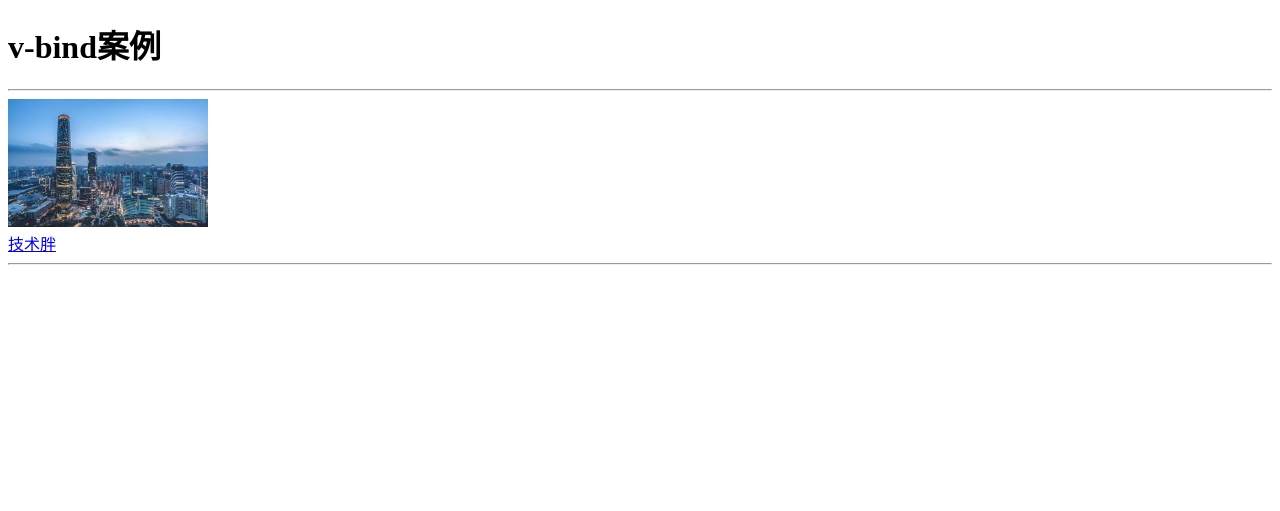
Repository: 13982720426/vue2.0-LearningNotes
Page: example/v-bind.html
An editor plug-in stored every save of this project. The page is shown before and after the next save, followed by the edit.
The browser window is 1280 px wide. The pictures show the whole page.

Above is the page before, as saved 2021-06-24 13:41:38.

### example/v-bind.html
<!DOCTYPE html>
<html lang="en">
  <head>
    <meta charset="UTF-8" />
    <meta http-equiv="X-UA-Compatible" content="IE=edge" />
    <meta name="viewport" content="width=device-width, initial-scale=1.0" />
    <title>v-bind案例</title>
    <script type="text/javascript" src="../assets/js/vue.js"></script>
  </head>
  <body>
    <h1>v-bind案例</h1>
    <hr />
    <div id="app">
      <img v-bind:src="imgSrc" width="200px" />
      <br />
      <a :href="jspang" target="_blank">技术胖</a>
      <hr />
    </div>
    <style>
      .classA {
        color: red;
      }
      .classB {
        font-size: 150%;
      }
    </style>
    <script type="text/javascript">
      var app = new Vue({
        el: '#app',
        data: {
          imgSrc: './1.jpeg',
          jspang: 'http://jspang.com',
        },
        className: 'classA',
        isOk: false,
        classA: 'classA',
        classB: 'classB',
        red: 'red',
        font: '30px',
        styleObject: {
          fontSize: '24px',
          color: 'green',
        },
      });
    </script>
  </body>
</html>

Loaded but not shown: assets/js/vue.js (library)

After the next save:
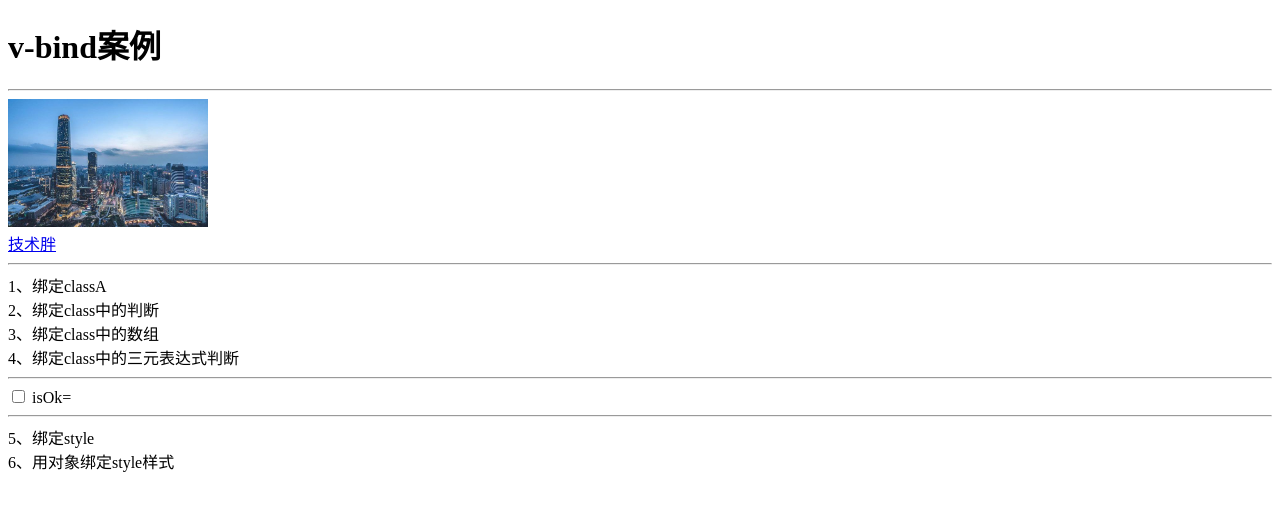
Saved 13 s later.
--- a/example/v-bind.html
+++ b/example/v-bind.html
@@ -15,6 +15,16 @@
       <br />
       <a :href="jspang" target="_blank">技术胖</a>
       <hr />
+      <div :class="className">1、绑定classA</div>
+      <div :class="{classA:isOk}">2、绑定class中的判断</div>
+      <div :class="[classA,classB]">3、绑定class中的数组</div>
+      <div :class="isOk?classA:classB">4、绑定class中的三元表达式判断</div>
+      <hr />
+      <input type="checkbox" id="isTrue" v-model="isOk" />
+      <label for="isTrue">isOk={{isOk}}</label>
+      <hr />
+      <div :style="{color:red,fontSize:font}">5、绑定style</div>
+      <div :style="styleObject">6、用对象绑定style样式</div>
     </div>
     <style>
       .classA {

After the 2 saves that followed:
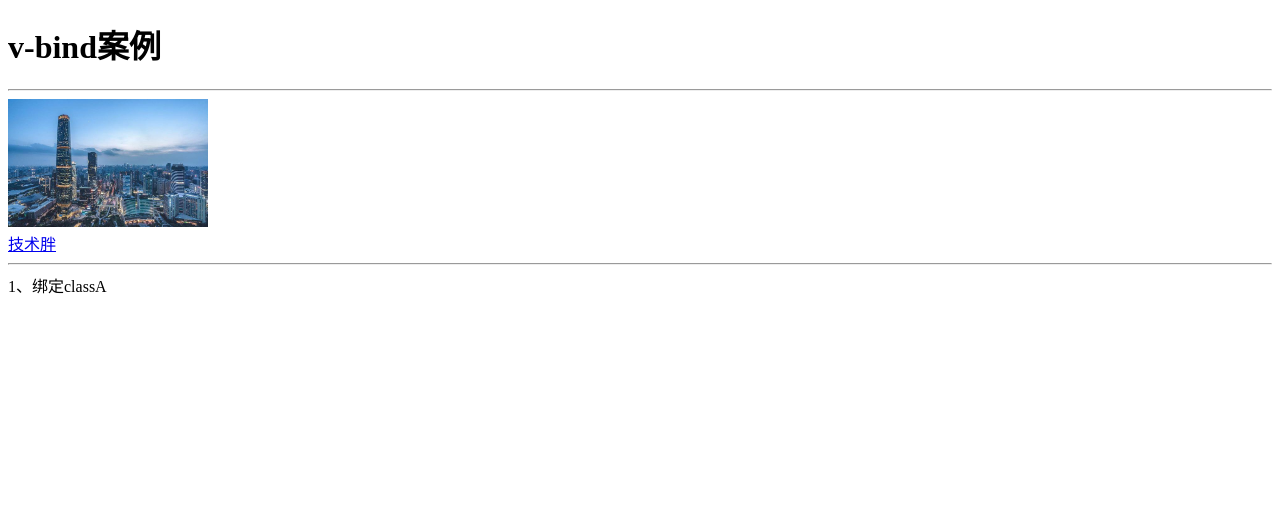
The 2 saves are shown as one change because 1 left the picture as it was.
The last was saved 97 s later.
--- a/example/v-bind.html
+++ b/example/v-bind.html
@@ -16,7 +16,7 @@
       <a :href="jspang" target="_blank">技术胖</a>
       <hr />
       <div :class="className">1、绑定classA</div>
-      <div :class="{classA:isOk}">2、绑定class中的判断</div>
+      <!-- <div :class="{classA:isOk}">2、绑定class中的判断</div>
       <div :class="[classA,classB]">3、绑定class中的数组</div>
       <div :class="isOk?classA:classB">4、绑定class中的三元表达式判断</div>
       <hr />
@@ -24,7 +24,7 @@
       <label for="isTrue">isOk={{isOk}}</label>
       <hr />
       <div :style="{color:red,fontSize:font}">5、绑定style</div>
-      <div :style="styleObject">6、用对象绑定style样式</div>
+      <div :style="styleObject">6、用对象绑定style样式</div> -->
     </div>
     <style>
       .classA {
@@ -45,12 +45,12 @@
         isOk: false,
         classA: 'classA',
         classB: 'classB',
-        red: 'red',
-        font: '30px',
-        styleObject: {
-          fontSize: '24px',
-          color: 'green',
-        },
+        // red: 'red',
+        // font: '30px',
+        // styleObject: {
+        //   fontSize: '24px',
+        //   color: 'green',
+        // },
       });
     </script>
   </body>
